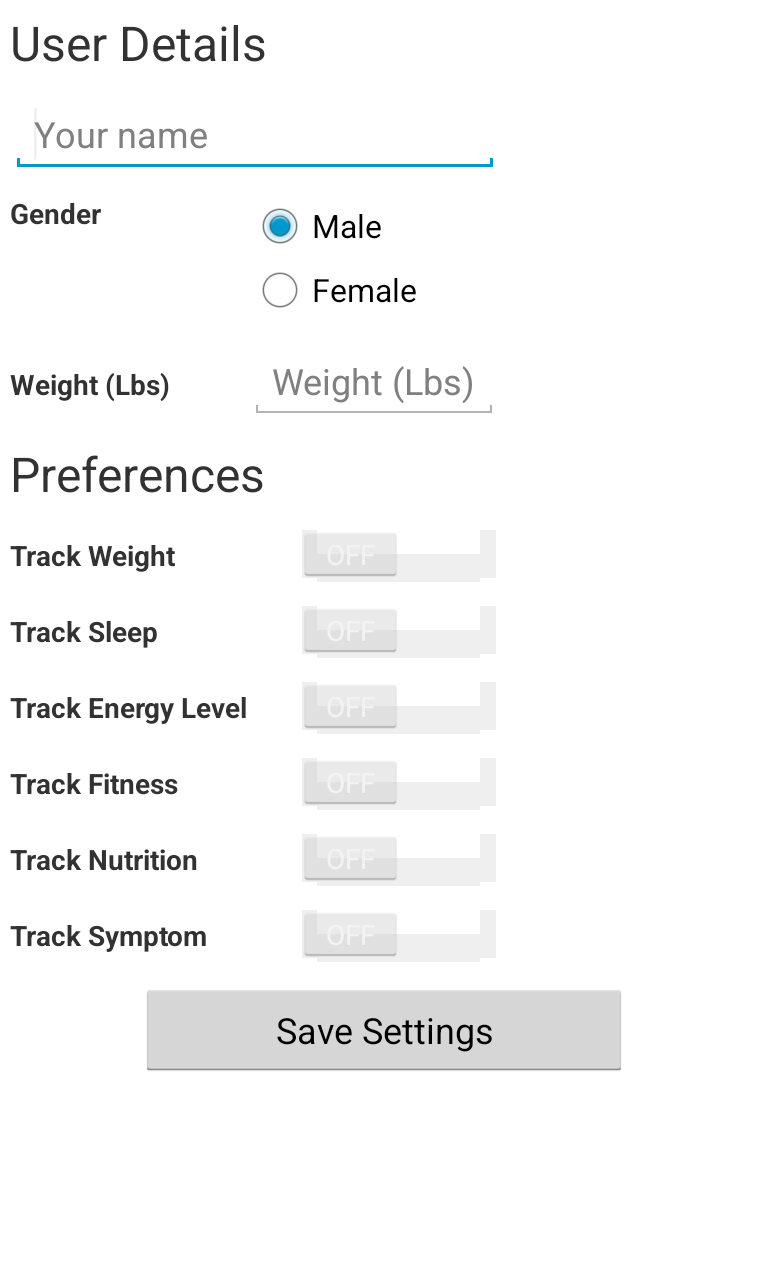
Repository: dillonyoung/CPD4493
Layout: TraCare/res/layout/addentry.xml
These files come from the project's save history. The layout is drawn as it stood at one moment and after the next save; the edit follows.
It is drawn on a 768 x 1280 px phone screen (xhdpi) without system bars, with theme AppTheme; the app's code is not run.

Above is the layout before, as saved 2013-04-05 19:48:26.

### TraCare/res/layout/addentry.xml
<?xml version="1.0" encoding="utf-8"?>
<ScrollView xmlns:android="http://schemas.android.com/apk/res/android"
    android:layout_width="fill_parent"
    android:layout_height="fill_parent" >

    <TableLayout
        android:id="@+id/TableLayout1"
        android:layout_width="match_parent"
        android:layout_height="wrap_content" >

        <TableRow
            android:id="@+id/tableRow1"
            android:layout_width="wrap_content"
            android:layout_height="wrap_content"
            android:padding="5dip" >

            <TextView
                android:id="@+id/textView1"
                android:layout_width="wrap_content"
                android:layout_height="wrap_content"
                android:layout_span="2"
                android:text="@string/user_details"
                android:textSize="24sp" />
        </TableRow>

        <TableRow
            android:id="@+id/tableRow2"
            android:layout_width="wrap_content"
            android:layout_height="wrap_content"
            android:padding="5dip" >

            <EditText
                android:id="@+id/txtUserName"
                android:layout_width="wrap_content"
                android:layout_height="wrap_content"
                android:layout_span="2"
                android:ems="20"
                android:hint="@string/yourname"
                android:inputType="textPersonName" >

                <requestFocus />
            </EditText>
        </TableRow>

        <TableRow
            android:id="@+id/tableRow3"
            android:layout_width="wrap_content"
            android:layout_height="wrap_content"
            android:padding="5dip" >

            <TextView
                android:id="@+id/textView2"
                android:layout_width="wrap_content"
                android:layout_height="wrap_content"
                android:text="@string/gender"
                android:textStyle="bold" />

            <RadioGroup
                android:id="@+id/rdgrpGender"
                android:layout_width="wrap_content"
                android:layout_height="wrap_content" >

                <RadioButton
                    android:id="@+id/radMale"
                    android:layout_width="wrap_content"
                    android:layout_height="wrap_content"
                    android:checked="true"
                    android:text="@string/male" />

                <RadioButton
                    android:id="@+id/radFemale"
                    android:layout_width="wrap_content"
                    android:layout_height="wrap_content"
                    android:text="@string/female" />
            </RadioGroup>
        </TableRow>

        <TableRow
            android:id="@+id/tableRow4"
            android:layout_width="wrap_content"
            android:layout_height="wrap_content"
            android:padding="5dip" >

            <TextView
                android:id="@+id/textView3"
                android:layout_width="wrap_content"
                android:layout_height="wrap_content"
                android:text="@string/weight"
                android:textStyle="bold" />

            <EditText
                android:id="@+id/txtUserWeight"
                android:layout_width="wrap_content"
                android:layout_height="wrap_content"
                android:ems="6"
                android:hint="@string/weight"
                android:inputType="numberDecimal" />
        </TableRow>

        <TableRow
            android:id="@+id/tableRow5"
            android:layout_width="wrap_content"
            android:layout_height="wrap_content"
            android:padding="5dip" >

            <TextView
                android:id="@+id/textView4"
                android:layout_width="wrap_content"
                android:layout_height="wrap_content"
                android:layout_span="2"
                android:text="@string/preferences"
                android:textSize="24sp" />
        </TableRow>

        <TableRow
            android:id="@+id/tableRow6"
            android:layout_width="wrap_content"
            android:layout_height="wrap_content"
            android:padding="5dip" >

            <TextView
                android:id="@+id/textView5"
                android:layout_width="wrap_content"
                android:layout_height="wrap_content"
                android:text="@string/track_weight"
                android:textStyle="bold" />

            <Switch
                android:id="@+id/switchWeight"
                android:layout_width="wrap_content"
                android:layout_height="wrap_content"
                android:text="" />
        </TableRow>

        <TableRow
            android:id="@+id/tableRow7"
            android:layout_width="wrap_content"
            android:layout_height="wrap_content"
            android:padding="5dip" >

            <TextView
                android:id="@+id/textView6"
                android:layout_width="wrap_content"
                android:layout_height="wrap_content"
                android:text="@string/track_sleep"
                android:textStyle="bold" />

            <Switch
                android:id="@+id/switchSleep"
                android:layout_width="wrap_content"
                android:layout_height="wrap_content"
                android:text="" />
        </TableRow>

        <TableRow
            android:id="@+id/tableRow8"
            android:layout_width="wrap_content"
            android:layout_height="wrap_content"
            android:padding="5dip" >

            <TextView
                android:id="@+id/textView7"
                android:layout_width="wrap_content"
                android:layout_height="wrap_content"
                android:text="@string/track_energy_level"
                android:textStyle="bold" />

            <Switch
                android:id="@+id/switchEnergyLevel"
                android:layout_width="wrap_content"
                android:layout_height="wrap_content"
                android:text="" />
        </TableRow>

        <TableRow
            android:id="@+id/tableRow9"
            android:layout_width="wrap_content"
            android:layout_height="wrap_content"
            android:padding="5dip" >

            <TextView
                android:id="@+id/textView8"
                android:layout_width="wrap_content"
                android:layout_height="wrap_content"
                android:text="@string/track_fitness"
                android:textStyle="bold" />

            <Switch
                android:id="@+id/switchFitness"
                android:layout_width="wrap_content"
                android:layout_height="wrap_content"
                android:text="" />
        </TableRow>

        <TableRow
            android:id="@+id/tableRow10"
            android:layout_width="wrap_content"
            android:layout_height="wrap_content"
            android:padding="5dip" >

            <TextView
                android:id="@+id/textView9"
                android:layout_width="wrap_content"
                android:layout_height="wrap_content"
                android:text="@string/track_nutrition"
                android:textStyle="bold" />

            <Switch
                android:id="@+id/switchNutrition"
                android:layout_width="wrap_content"
                android:layout_height="wrap_content"
                android:text="" />
        </TableRow>

                <TableRow
            android:id="@+id/tableRow11"
            android:layout_width="wrap_content"
            android:layout_height="wrap_content"
            android:padding="5dip" >

            <TextView
                android:id="@+id/textView10"
                android:layout_width="wrap_content"
                android:layout_height="wrap_content"
                android:text="@string/track_symptom"
                android:textStyle="bold" />

            <Switch
                android:id="@+id/switchSymptom"
                android:layout_width="wrap_content"
                android:layout_height="wrap_content"
                android:text="" />
        </TableRow>

        <TableRow
            android:id="@+id/tableRow12"
            android:layout_width="wrap_content"
            android:layout_height="wrap_content"
            android:gravity="center_horizontal"
            android:padding="5dip" >

            <Button
                android:id="@+id/btnSave"
                android:layout_width="wrap_content"
                android:layout_height="wrap_content"
                android:layout_span="2"
                android:text="@string/savesettings" />
        </TableRow>
    </TableLayout>

</ScrollView>

### TraCare/res/values/strings.xml
<?xml version="1.0" encoding="utf-8"?>
<resources>

    <string name="app_name">TraCare</string>
    <string name="action_settings">Settings</string>
    <string name="title_section1">Section 1</string>
    <string name="title_section2">Section 2</string>
    <string name="title_section3">Section 3</string>
    <string name="user_details">User Details</string>
    <string name="gender">Gender</string>
    <string name="male">Male</string>
    <string name="female">Female</string>
    <string name="weight">Weight (Lbs)</string>
    <string name="preferences">Preferences</string>
    <string name="track_weight">Track Weight</string>
    <string name="track_sleep">Track Sleep</string>
    <string name="track_energy_level">Track Energy Level</string>
    <string name="track_quality_of_sleep">Track Quality of Sleep</string>
    <string name="track_fitness">Track Fitness</string>
    <string name="track_nutrition">Track Nutrition</string>
    <string name="savesettings">Save Settings</string>
    <string name="yourname">Your name</string>
    <string name="track_symptom">Track Symptom</string>
    <string name="image"></string>
    <string name="menu_add_entry">Add Entry</string>

</resources>

Loaded but not shown: TraCare/res/values/styles.xml (common file); TraCare/res/values-v11/styles.xml (common file); TraCare/res/values-v14/styles.xml (common file)

After the next save:
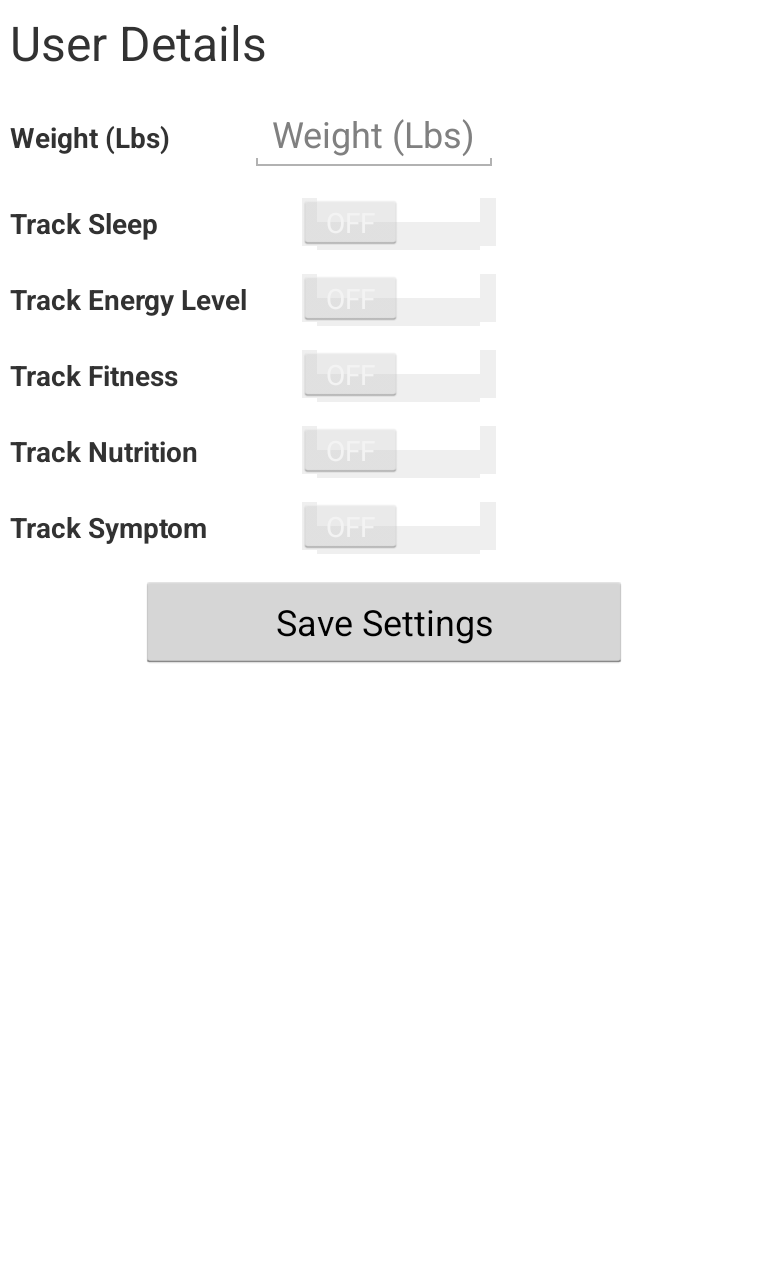
Saved 2 h 13 min later.
--- a/TraCare/res/layout/addentry.xml
+++ b/TraCare/res/layout/addentry.xml
@@ -23,57 +23,6 @@
                 android:textSize="24sp" />
         </TableRow>
 
-        <TableRow
-            android:id="@+id/tableRow2"
-            android:layout_width="wrap_content"
-            android:layout_height="wrap_content"
-            android:padding="5dip" >
-
-            <EditText
-                android:id="@+id/txtUserName"
-                android:layout_width="wrap_content"
-                android:layout_height="wrap_content"
-                android:layout_span="2"
-                android:ems="20"
-                android:hint="@string/yourname"
-                android:inputType="textPersonName" >
-
-                <requestFocus />
-            </EditText>
-        </TableRow>
-
-        <TableRow
-            android:id="@+id/tableRow3"
-            android:layout_width="wrap_content"
-            android:layout_height="wrap_content"
-            android:padding="5dip" >
-
-            <TextView
-                android:id="@+id/textView2"
-                android:layout_width="wrap_content"
-                android:layout_height="wrap_content"
-                android:text="@string/gender"
-                android:textStyle="bold" />
-
-            <RadioGroup
-                android:id="@+id/rdgrpGender"
-                android:layout_width="wrap_content"
-                android:layout_height="wrap_content" >
-
-                <RadioButton
-                    android:id="@+id/radMale"
-                    android:layout_width="wrap_content"
-                    android:layout_height="wrap_content"
-                    android:checked="true"
-                    android:text="@string/male" />
-
-                <RadioButton
-                    android:id="@+id/radFemale"
-                    android:layout_width="wrap_content"
-                    android:layout_height="wrap_content"
-                    android:text="@string/female" />
-            </RadioGroup>
-        </TableRow>
 
         <TableRow
             android:id="@+id/tableRow4"
@@ -97,40 +46,7 @@
                 android:inputType="numberDecimal" />
         </TableRow>
 
-        <TableRow
-            android:id="@+id/tableRow5"
-            android:layout_width="wrap_content"
-            android:layout_height="wrap_content"
-            android:padding="5dip" >
 
-            <TextView
-                android:id="@+id/textView4"
-                android:layout_width="wrap_content"
-                android:layout_height="wrap_content"
-                android:layout_span="2"
-                android:text="@string/preferences"
-                android:textSize="24sp" />
-        </TableRow>
-
-        <TableRow
-            android:id="@+id/tableRow6"
-            android:layout_width="wrap_content"
-            android:layout_height="wrap_content"
-            android:padding="5dip" >
-
-            <TextView
-                android:id="@+id/textView5"
-                android:layout_width="wrap_content"
-                android:layout_height="wrap_content"
-                android:text="@string/track_weight"
-                android:textStyle="bold" />
-
-            <Switch
-                android:id="@+id/switchWeight"
-                android:layout_width="wrap_content"
-                android:layout_height="wrap_content"
-                android:text="" />
-        </TableRow>
 
         <TableRow
             android:id="@+id/tableRow7"
